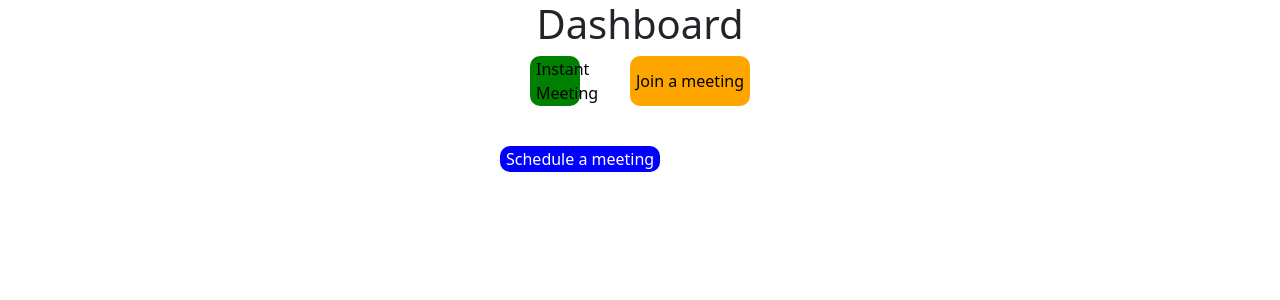
Repository: sreech465/myexam
Page: /
The author's editor kept a copy of each file at every save. The page is drawn from the files as they stood at one save, then again after the next save.
The browser window is 1280 px wide. The pictures show the whole page.
The project was rebuilt for these pictures with package versions that can differ from the ones it lists, and the page was loaded fresh each time. Also part of the build but not shown: src/Jmeet.js, src/Smeet.js, src/Joinmeet.js.

Above is the page before, as saved 2023-01-14 17:29:03.

After the next save:
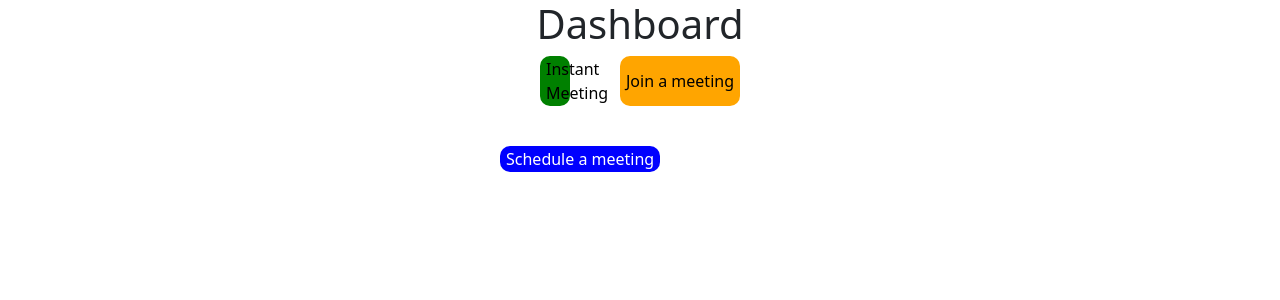
Saved 11 s later.
--- a/src/Details.js
+++ b/src/Details.js
@@ -23,7 +23,7 @@ const Details = () => {
             marginRight: 50,
             border: "none",
             borderRadius: 10,
-            width: 50,
+            width: 30,
           }}
         >
           Instant Meeting
